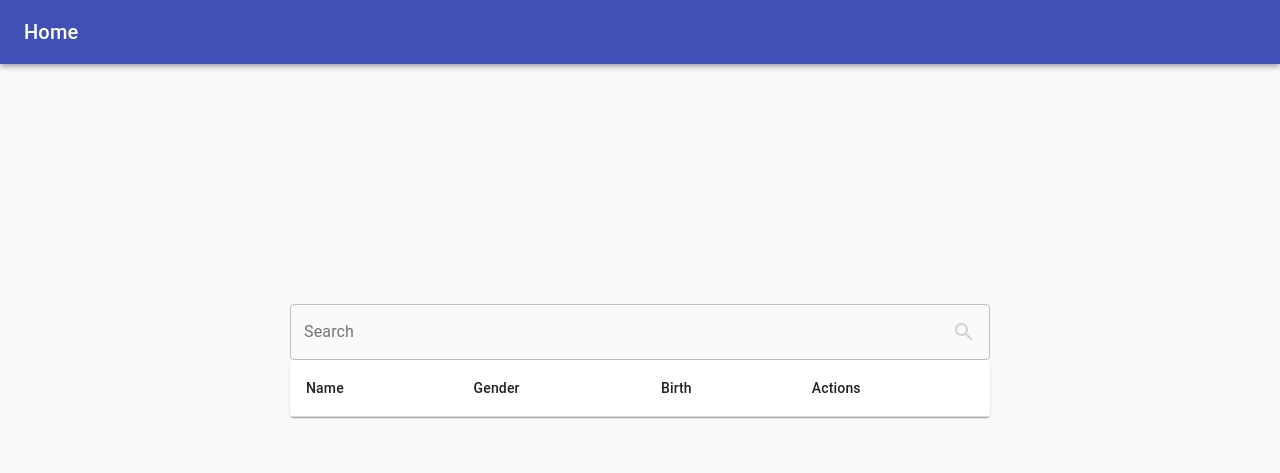
Repository: GabrielBrandaoProjetos/patient-manager
Page: /
These files come from the project's save history. The page is drawn as it stood at one moment and after the next save; the edit follows.
The browser window is 1280 px wide. The pictures show the whole page.
The project was rebuilt for these pictures with package versions that can differ from the ones it lists, and the page was loaded fresh each time.

Above is the page before, as saved 2021-09-14 13:00:35.

After the next save:
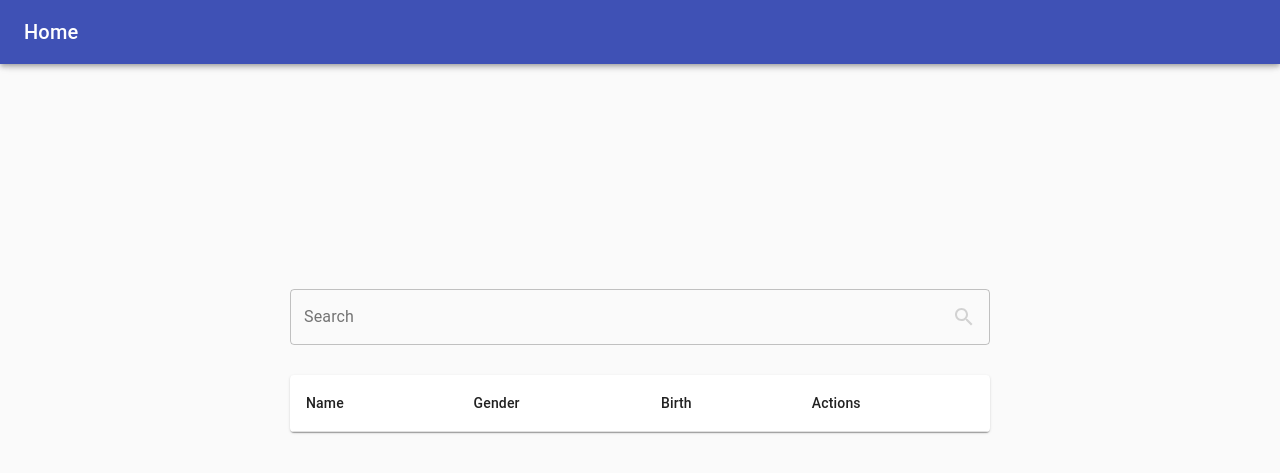
Saved 40 s later.
--- a/src/pages/Home/Home.tsx
+++ b/src/pages/Home/Home.tsx
@@ -29,6 +29,8 @@ const useStyles = makeStyles((theme: Theme) =>
     tableContainer: {
       maxWidth: 700,
       width: "100%",
+
+      marginTop: 30
     },
     table: {
 
